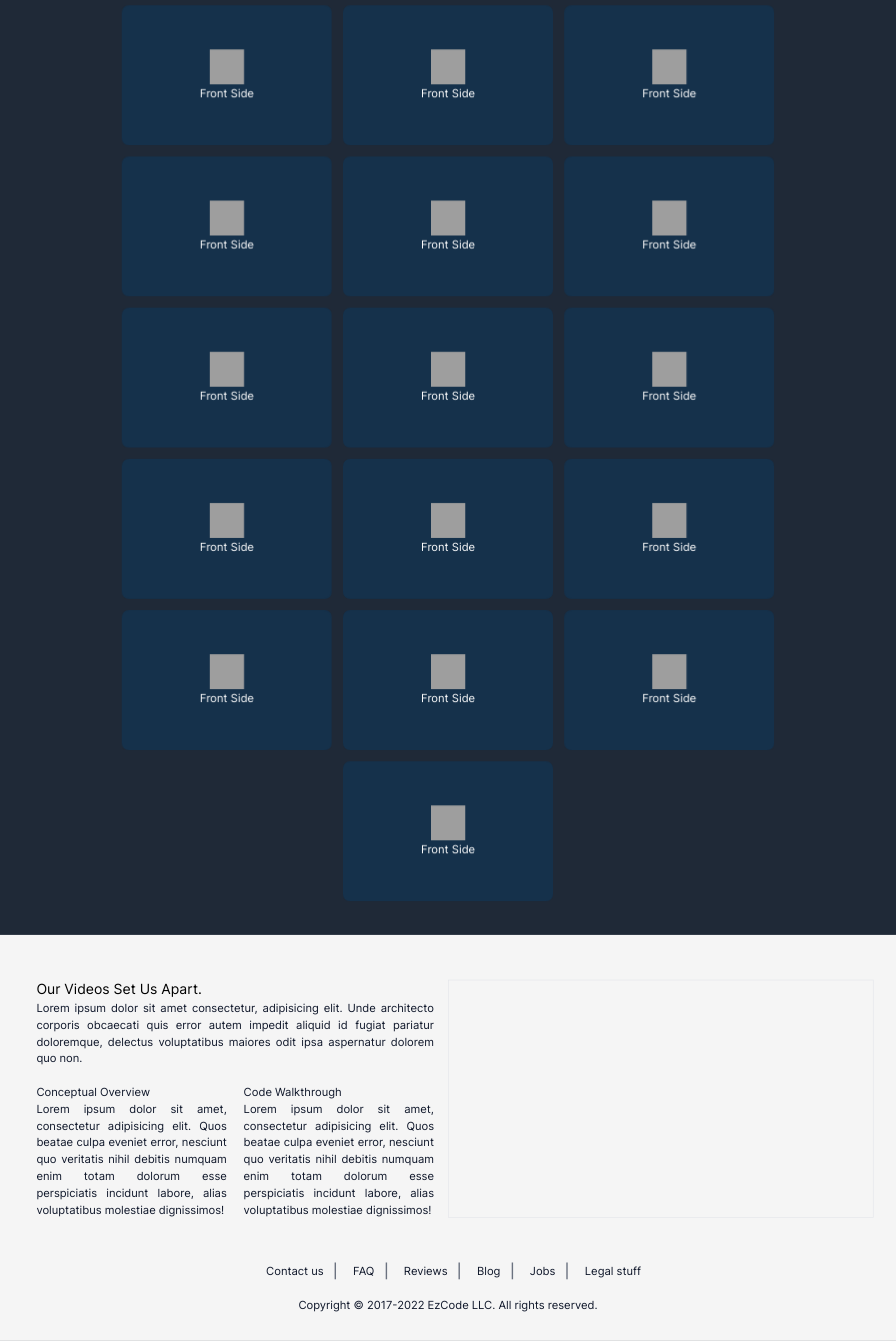
Repository: om1ars/Xjkey
Page: /
An editor plug-in stored every save of this project. The page is shown before and after the next save, followed by the edit.
The browser window is 1280 px wide. The pictures show the part of the page from y = 1191 to 3111 px (the page is 3107 px tall before and 3111 px after), at 70% of full size.
Pictures or frames that could not be fetched are drawn as grey boxes. The project was rebuilt for these pictures with package versions that can differ from the ones it lists, and the page was loaded fresh each time. The framework's server and built-in components were replaced by stand-ins that run in the browser. Also part of the build but not shown: next.config.js.

Above is the page before, as saved 2022-03-18 23:35:46.

### src/pages/_app.tsx
import "@/css/fonts.css";
// Import Swiper styles
import "swiper/css";
import "swiper/css/free-mode";
import "swiper/css/scrollbar";
import "swiper/css/navigation";
//
import "@/css/main.scss";
import type { AppProps } from "next/app";
import { ThemeProvider } from "next-themes";
import { Header } from "@/components/Header";
import DefaultLayout from "@/layouts/DefaultLayout";

function MyApp({ Component, pageProps }: AppProps) {
  return (
    <ThemeProvider attribute="class" defaultTheme="system">
      <DefaultLayout>
        <Component {...pageProps} />
      </DefaultLayout>
    </ThemeProvider>
  );
}

export default MyApp;

### src/pages/_document.tsx
import NextDocument, {
  Html,
  Head,
  Main,
  NextScript,
  DocumentContext,
} from 'next/document';

export default class Document extends NextDocument {
  static async getInitialProps(ctx: DocumentContext) {
    const initialProps = await NextDocument.getInitialProps(ctx);
    return { ...initialProps };
  }

  render() {
    return (
      <Html lang='en' className='dark'>
        <Head>
          <link href='/favicons/site.webmanifest' rel='manifest' />
          <link href='/favicons/favicon.ico' rel='shortcut icon' />
          <link
            href='/favicons/apple-touch-icon.png'
            rel='apple-touch-icon'
            sizes='180x180'
          />
          <link
            href='/favicons/favicon-32x32.png'
            rel='icon'
            sizes='32x32'
            type='image/png'
          />
          <link
            href='/favicons/favicon-16x16.png'
            rel='icon'
            sizes='16x16'
            type='image/png'
          />
          <link
            rel='mask-icon'
            href='/favicons/safari-pinned-tab.svg'
            color='#6366f1'
          />
          <meta content='#ffffff' name='theme-color' />
          <meta content='#ffffff' name='msapplication-TileColor' />
          <meta
            content='/favicons/browserconfig.xml'
            name='msapplication-config'
          />
        </Head>
        <body className='dark:highlight-white/5 bg-neutral-100 text-slate-900 antialiased dark:bg-gray-800 dark:text-white'>
          <Main />
          <NextScript />
        </body>
      </Html>
    );
  }
}

### src/pages/index.tsx
import React from "react";
import SEO from "@/components/SEO";
import AboutUs from "@/components/HomeComponents/AboutUs";
import Hero from "@/components/HomeComponents/Hero";
import { FeaturedJobs } from "@/components/HomeComponents/FeaturedJobs";
import AlgoFlipCard from "@/components/HomeComponents/FlipCard";
import VideosComponents from "@/components/HomeComponents/VideosComponents";
export default function Home() {
  return (
    <>
      <SEO />
      <Hero />
      <main className="mx-auto max-w-screen-xl px-6 sm:px-8">
        <div className="mt-16 space-y-20">
          <FeaturedJobs />
        </div>
      </main>

      <div className="mt-10 " id="flipCard">
        <AlgoFlipCard />
      </div>
      <main className="mx-auto max-w-screen-xl px-6 sm:px-8 " id="video-explanation">
        <div className="mt-16 space-y-20">
          <VideosComponents />
        </div>
      </main>
    </>
  );
}

### src/css/fonts.css
@font-face {
  font-family: "Inter var";
  font-weight: 100 900;
  font-display: swap;
  font-style: normal;
  font-named-instance: "Regular";
  src: url("../fonts/Inter-roman-latin.var.woff2") format("woff2");
}

@font-face {
  font-family: "Inter var";
  font-weight: 100 900;
  font-display: swap;
  font-style: italic;
  font-named-instance: "Italic";
  src: url("../fonts/Inter-italic-latin.var.woff2") format("woff2");
}

### src/css/main.scss
@tailwind base;
@tailwind components;
@tailwind utilities;
@import "./flip-card.scss";
@layer base {
  .dark {
    color-scheme: dark;
  }
}

/* styling Swiper default navigations elements */
.swiper-button-next {
  background-color: theme("colors.white");
  height: 40px;
  width: 40px;
  border-radius: 100px;
  box-shadow: theme("boxShadow.lg");
  transition: all;
  transition-duration: 150ms;
}

html.dark .swiper-button-next {
  background-color: theme("colors.slate.600");
}

.swiper-button-next:hover {
  background-color: theme("colors.slate.200");
}

html.dark .swiper-button-next:hover {
  background-color: theme("colors.slate.400");
}

.swiper-button-next::after {
  color: black;
  font-size: 1rem;
  font-weight: bold;
}
html.dark .swiper-button-next::after {
  color: theme("colors.white");
}

.swiper-button-prev {
  background-color: theme("colors.white");
  height: 40px;
  width: 40px;
  border-radius: 100px;
  box-shadow: theme("boxShadow.lg");
  transition: all;
  transition-duration: 150ms;
}

html.dark .swiper-button-prev {
  background-color: theme("colors.slate.600");
}

.swiper-button-prev:hover {
  background-color: theme("colors.slate.200");
}

html.dark .swiper-button-prev:hover {
  background-color: theme("colors.slate.400");
}

.swiper-button-prev::after {
  color: black;
  font-size: 1rem;
  font-weight: bold;
}
html.dark .swiper-button-prev::after {
  color: theme("colors.white");
}

html.dark .swiper-scrollbar {
  background: rgb(255, 255, 255, 0.2);
}
html.dark .swiper-scrollbar-drag {
  background: rgb(255, 255, 255, 0.6);
}
/* end of styling Swiper default navigations elements */

### src/layouts/DefaultLayout.tsx
import Footer from "@/components/Footer";
import { Header } from "@/components/Header";
import React, { FC } from "react";

export default function DefaultLayout({ children }: any) {
  return (
    <div>
      <Header />
      <main>{children}</main>
      <Footer />
    </div>
  );
}

### src/components/SEO.tsx
import React from "react";
import Head from "next/head";

const defaultMeta = {
  title: "Job Seeking Landing Page - Miad V",
  description: "Exprimental Project",
};

const SEO: React.FC<any> = ({ children, ...customMeta }) => {
  const meta = {
    ...defaultMeta,
    ...customMeta,
  };
  return (
    <Head>
      <meta name="robots" content="noindex" />
      <title>{meta.title}</title>
      <meta name="description" content={meta.description} />
    </Head>
  );
};

export default SEO;

### src/components/HomeComponents/FeaturedJobs.tsx
import React from "react";
import Image from "next/image";
import Link from "next/link";
import { FreeMode, Mousewheel, Navigation, Scrollbar } from "swiper";
import { Swiper, SwiperSlide } from "swiper/react";
import { Button } from "@/components/Button";
import { Chip } from "@/components/Chip";

// const featuredJobsCategories = [
//   "Sales (Corporate, Real Estate, Telesales, etc.)",
//   "Customer Service",
//   "Other",
//   "Creative Writing",
//   "Project Management",
//   "Marketing - Digital",
//   "IT - Software Development",
//   "Human Resources",
//   "Accounting & Finance",
// ];

const featuredJobsItems = [
  {
    companyName: "160+ hand-picked questions",
    jobTitle: "Algorithms for Interview",
    href: "algoFlip",
    image: "/img/01.jpg",
  },
  {
    companyName: "200+ templates, clones and more...",
    jobTitle: " Advanced React.js",
    image: "/img/02.jpg",
  },
  {
    companyName: "100+ hourse video explanation",
    jobTitle: "Online lessons",
    image: "/img/03.jpg",
    href: "video-explanation",
  },
  {
    companyName: "Feature-Rich Coding Workspace",
    jobTitle: "Enviromental editor",
    image: "/img/04.jpg",
  },
  {
    companyName: "Mock interviews",
    jobTitle: "Couch meeting",
    image: "/img/05.jpg",
  },
  {
    companyName: "Space-Time Complexity Analyses",
    jobTitle: "How to solve algorithms",
    image: "/img/06.jpg",
  },
  {
    companyName: "Achievements",
    jobTitle: "Online Sertificates",
    image: "/img/07.jpg",
  },
];

export const FeaturedJobs = () => {
  return (
    <section id="featured-jobs">
      <div className="mb-4 flex items-center justify-between">
        <h2 className="text-2xl font-bold">Why EzCode?</h2>
      </div>
      <div id="featured-jobs__categories" className="mb-4">
        {/* <Swiper
          modules={[FreeMode, Scrollbar, Mousewheel]}
          direction="horizontal"
          freeMode={true}
          mousewheel={true}
          scrollbar={{ draggable: true, hide: true }}
          slidesPerView="auto"
          spaceBetween={8}
          id="featured-jobs__categories__slider"
          className="!py-4"
        >
          <SwiperSlide className="!w-auto">
            <Chip label="all" active />
          </SwiperSlide>
          {featuredJobsCategories.map((item, i) => (
            <SwiperSlide key={i} className="!w-auto">
              <Chip label={item} />
            </SwiperSlide>
          ))}
        </Swiper> */}
      </div>
      {/* !-m-4 to fix box-shadow cropping due to overflow:hidden */}
      <div id="featured-jobs__items" className="!-m-4">
        <Swiper
          className="!p-4" // !p-4 to fix box-shadow cropping due to overflow:hidden
          modules={[Navigation]}
          navigation
          spaceBetween={20}
          slidesPerView={1}
          breakpoints={{
            "475": {
              slidesPerView: 2,
            },
            "640": {
              slidesPerView: 3,
            },
            "1024": {
              slidesPerView: 4,
            },
          }}
        >
          {featuredJobsItems.map((item, i) => (
            <SwiperSlide key={i}>
              <a>
                <a
                  href={`#${item.href}`}
                  id={item.href}
                  className="group block overflow-hidden rounded bg-white transition-all duration-150 hover:-translate-y-1 hover:shadow-lg dark:border-slate-800 dark:bg-slate-700"
                >
                  <div className="relative block overflow-hidden  pt-[70%]">
                    <Image
                      src={item.image}
                      alt={item.companyName}
                      layout="fill"
                      objectFit="cover"
                      className="transition-all duration-200 group-hover:scale-[102%]"
                    />
                  </div>

                  <div className="flex flex-col border-t p-4 dark:border-slate-600">
                    <h5 className="block truncate text-xl font-semibold capitalize">
                      {item.jobTitle}
                    </h5>
                    <span className="block truncate text-slate-500 dark:text-slate-400">
                      {item.companyName}
                    </span>
                  </div>
                </a>
              </a>
            </SwiperSlide>
          ))}
        </Swiper>
      </div>
    </section>
  );
};

### src/components/HomeComponents/VideosComponents.tsx
import React from "react";

export default function VideosComponents() {
  return (
    <div className="flex justify-between text-justify sm:flex-col  md:flex-col lg:flex-row">
      <div className="w-6/12 pl-5 pr-5">
        <div>
          <h1 className="text-xl text-black">Our Videos Set Us Apart.</h1>
          <p>
            Lorem ipsum dolor sit amet consectetur, adipisicing elit. Unde
            architecto corporis obcaecati quis error autem impedit aliquid id
            fugiat pariatur doloremque, delectus voluptatibus maiores odit ipsa
            aspernatur dolorem quo non.
          </p>
        </div>
        <div className="mt-6 flex sm:flex-col md:flex-col lg:flex-row">
          <div className="mr-6 text-justify">
            <h3>Conceptual Overview</h3>
            <p>
              Lorem ipsum dolor sit amet, consectetur adipisicing elit. Quos
              beatae culpa eveniet error, nesciunt quo veritatis nihil debitis
              numquam enim totam dolorum esse perspiciatis incidunt labore,
              alias voluptatibus molestiae dignissimos!
            </p>
          </div>
          <div>
            <h3>Code Walkthrough</h3>
            <p>
              Lorem ipsum dolor sit amet, consectetur adipisicing elit. Quos
              beatae culpa eveniet error, nesciunt quo veritatis nihil debitis
              numquam enim totam dolorum esse perspiciatis incidunt labore,
              alias voluptatibus molestiae dignissimos!
            </p>
          </div>
        </div>
      </div>
      <div className="w-6/12 border"></div>
    </div>
  );
}

### src/css/flip-card.scss
.algo_flip_card_container {
  width: 100%;
  padding: 40px;
  height: 100%;
  background: #1f2937;
  //   display: flex;
  justify-content: center;
  align-items: center;
}
.services-box {
  display: flex;
  justify-content: center;
  align-items: center;
  flex-wrap: wrap;
}

.service {
  margin: 8px;
}

.flip-box {
  background-color: transparent;
  width: 300px;
  height: 200px;
  //   border: 1px solid #15314b;
  border-radius: 10px;
  perspective: 1000px;
}

.flip-box-inner {
  position: relative;
  width: 100%;
  height: 100%;
  text-align: center;
  transition: transform 0.4s;
  transform-style: preserve-3d;

  display: flex;
  justify-content: center;
  align-items: center;
}

.flip-box:hover .flip-box-inner {
  transform: rotateY(180deg);
}

.flip-box-front,
.flip-box-back {
  position: absolute;
  width: 100%;
  height: 100%;
  -webkit-backface-visibility: hidden;
  backface-visibility: hidden;

  display: flex;
  justify-content: center;
  align-items: center;
  flex-direction: column;
}

.flip-box-front {
  background-color: #15314b;
  color: white;
  border-radius: 10px;
}

.flip-box-front img {
  height: 50px;
  width: 50px;
}

.flip-box-back {
  background-color: #15314b;
  color: white;
  transform: rotateY(180deg);
  border-radius: 10px;
  padding: 16px;
}

### src/components/Footer.tsx
import React from "react";

export default function Footer() {
  return (
    <div>
      <div className="bg-darkBg text-whiteBg flex flex-col items-center justify-center pl-48 pr-48 pt-16 pb-10">
        <div className="lg:flex sm:flex md:flex sm:flex-wrap md:flex-wrap ">
          <div className="ml-4 flex ">
            <span className="mr-2 ml-2">Contact us</span>
            <div className=" ml-2 w-0.5 bg-gray-500"></div>
          </div>
          <div className="ml-4 flex ">
            <span className="mr-2 ml-2">FAQ</span>
            <div className=" ml-2 w-0.5 bg-gray-500"></div>
          </div>
          <div className="ml-4 flex ">
            <span className="mr-2 ml-2">Reviews</span>
            <div className=" ml-2 w-0.5 bg-gray-500"></div>
          </div>
          <div className="ml-4 flex ">
            <span className="mr-2 ml-2">Blog</span>
            <div className=" ml-2 w-0.5 bg-gray-500"></div>
          </div>
          <div className="ml-4 flex ">
            <span className="mr-2 ml-2">Jobs</span>
            <div className=" ml-2 w-0.5 bg-gray-500"></div>
          </div>
          <div className="ml-4 flex ">
            <span className="mr-2 ml-2 ">Legal stuff</span>
          </div>

        </div>
        <div className="mt-6">
          <span>Copyright © 2017-2022 EzCode LLC. All rights reserved.</span>
        </div>
      </div>
    </div>
  );
}

### src/components/Button/index.tsx
import React, { forwardRef } from "react";
import { __DEV__ } from "@/utils/assertions";

type BaseButtonProps = Omit<React.HTMLProps<HTMLButtonElement>, "size">;

/* === Button Element === */

export interface ButtonProps extends BaseButtonProps {
  children: React.ReactNode;
  fullWidth?: boolean;
  className?: string;
  variant?: "solid" | "outline" | "ghost";
  size?: "sm" | "md" | "lg";
  as?: string;
  isExternal?: boolean;
  type?: "button" | "submit" | "reset";
}

export const Button = forwardRef<HTMLButtonElement, ButtonProps>(
  (
    {
      children,
      variant = "solid",
      size = "md",
      fullWidth = false,
      className,
      as = "button",
      isExternal = false,
      ...rest
    },
    ref
  ) => {
    let tempClassNames: string[] = [];

    const sharedClasses = [
      "capitalize",
      "focus:outline-none",
      "focus:ring-2",
      "focus:ring-sky-400",
      "focus:ring-offset-2",
      "focus:ring-offset-sky-50",
      "font-semibold",
      "rounded-full",
      "inline-flex",
      "flex-shrink-0",
      "items-center",
      "justify-center",
      "transition-colors",
      "ease-in-out",
      "duration-500",
    ];

    if (fullWidth) sharedClasses.push("w-full");

    // handle variants
    let btnSolid = ["bg-sky-600", "hover:bg-sky-700", "text-white"];
    let btnOutline = [
      "dark:text-white",
      "hover:text-sky-700",
      "hover:dark:text-sky-700",
      "bg-transparent",
      "hover:bg-sky-50",
      "border",
      "border-sky-600",
    ];
    let btnGhost = [
      "bg-transparent",
      "dark:text-white",
      "hover:bg-sky-50",
      "hover:text-sky-700",
      "hover:dark:text-sky-700",
    ];

    if (variant === "solid") {
      tempClassNames = [...sharedClasses, ...btnSolid];
    } else if (variant === "outline") {
      tempClassNames = [...sharedClasses, ...btnOutline];
    } else if (variant === "ghost") {
      tempClassNames = [...sharedClasses, ...btnGhost];
    }

    // handle sizes
    let sizeSm = ["h-8", "px-2", "text-sm"];
    let sizeMd = ["h-10", "px-3"];
    let sizeLg = ["h-12", "px-4", "text-lg"];

    if (size === "sm") {
      tempClassNames = [...tempClassNames, ...sizeSm];
    } else if (size === "md") {
      tempClassNames = [...tempClassNames, ...sizeMd];
    } else if (size === "lg") {
      tempClassNames = [...tempClassNames, ...sizeLg];
    }

    let classes = tempClassNames.join(" ");

    let Element = as ? (
      React.createElement(
        as,
        {
          className: `${classes} ${className}`,
          target: isExternal ? "_blank" : undefined,
          rel: isExternal ? "noopener noreferrer" : undefined,
          ref,
          ...rest,
        },
        children
      )
    ) : (
      <button {...rest} className={`${classes} ${className}`} ref={ref}>
        {children}
      </button>
    );

    return Element;
  }
);

if (__DEV__) {
  Button.displayName = "Button";
}

/* === IconButton Element === */

export interface IconButtonProps extends ButtonProps {
  icon?: React.ReactElement;
  "aria-label": string;
}

export const IconButton = forwardRef<HTMLButtonElement, IconButtonProps>(
  (
    {
      children,
      icon,
      className,
      "aria-label": ariaLabel,
      size = "md",
      ...rest
    },
    ref
  ) => {
    let sharedClasses = ["rounded-full", "!px-0"];

    // handle sizes
    let sizeSm = ["w-8"];
    let sizeMd = ["w-10"];
    let sizeLg = ["w-12"];

    if (size === "sm") {
      sharedClasses = [...sharedClasses, ...sizeSm];
    } else if (size === "md") {
      sharedClasses = [...sharedClasses, ...sizeMd];
    } else if (size === "lg") {
      sharedClasses = [...sharedClasses, ...sizeLg];
    }

    /**
     * Passing the icon as prop or children should work
     */
    const element = icon || children;
    const _children = React.isValidElement(element)
      ? React.cloneElement(element as any, {
          "aria-hidden": true,
          focusable: false,
        })
      : null;

    let classes = sharedClasses.join(" ");
    return (
      <Button
      className={`${classes} ${className}`}
        aria-label={ariaLabel}
        size={size}
        {...rest}
        ref={ref}
      >
        {_children}
      </Button>
    );
  }
);

if (__DEV__) {
  IconButton.displayName = "IconButton";
}

### src/components/Logo.tsx
import clsx from "clsx";
import React from "react";

export default function Logo() {
  return (
    <span
      className={clsx(
        "bg-gradient-to-r from-fuchsia-800 via-purple-600 to-indigo-800 bg-clip-text align-middle text-3xl font-black tracking-widest text-transparent"
      )}
    >
      HIREDLi
    </span>
  );
}

### src/utils/assertions.ts
export const __DEV__ = process.env.NODE_ENV !== "production";

Loaded but not shown: tailwind.config.js (18 lines, source omitted); src/components/HomeComponents/FlipCard.tsx (283 lines, source omitted); src/components/HomeComponents/AuthenticationDialog.tsx (206 lines, source omitted); src/components/ThemeToggle.tsx (220 lines, source omitted); src/components/Header.tsx (175 lines, source omitted); src/components/HomeComponents/Hero.tsx (170 lines, source omitted)

After the next save:
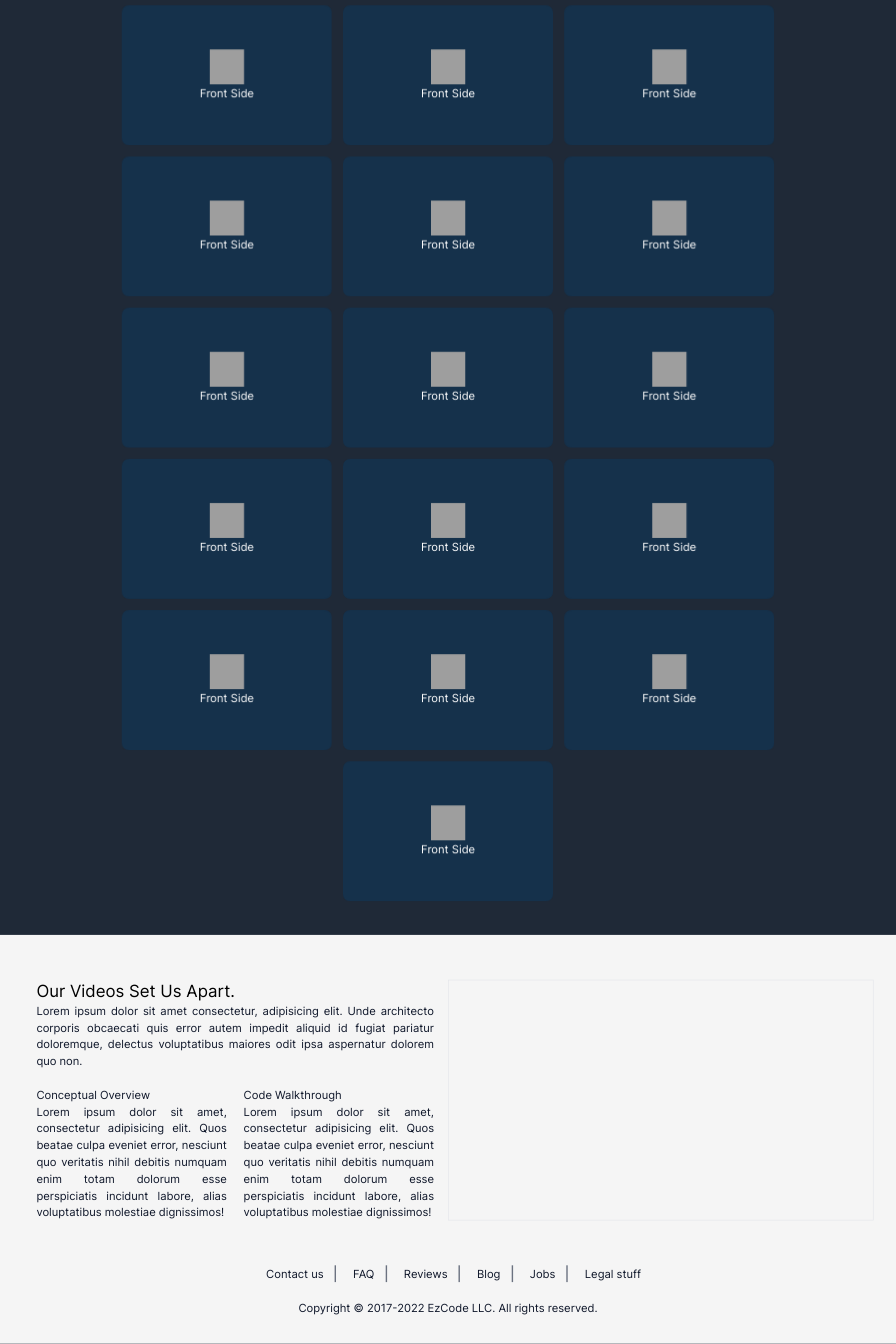
Saved 25 s later.
--- a/src/components/HomeComponents/VideosComponents.tsx
+++ b/src/components/HomeComponents/VideosComponents.tsx
@@ -5,7 +5,7 @@ export default function VideosComponents() {
     <div className="flex justify-between text-justify sm:flex-col  md:flex-col lg:flex-row">
       <div className="w-6/12 pl-5 pr-5">
         <div>
-          <h1 className="text-xl text-black">Our Videos Set Us Apart.</h1>
+          <h1 className="text-2xl text-black">Our Videos Set Us Apart.</h1>
           <p>
             Lorem ipsum dolor sit amet consectetur, adipisicing elit. Unde
             architecto corporis obcaecati quis error autem impedit aliquid id
